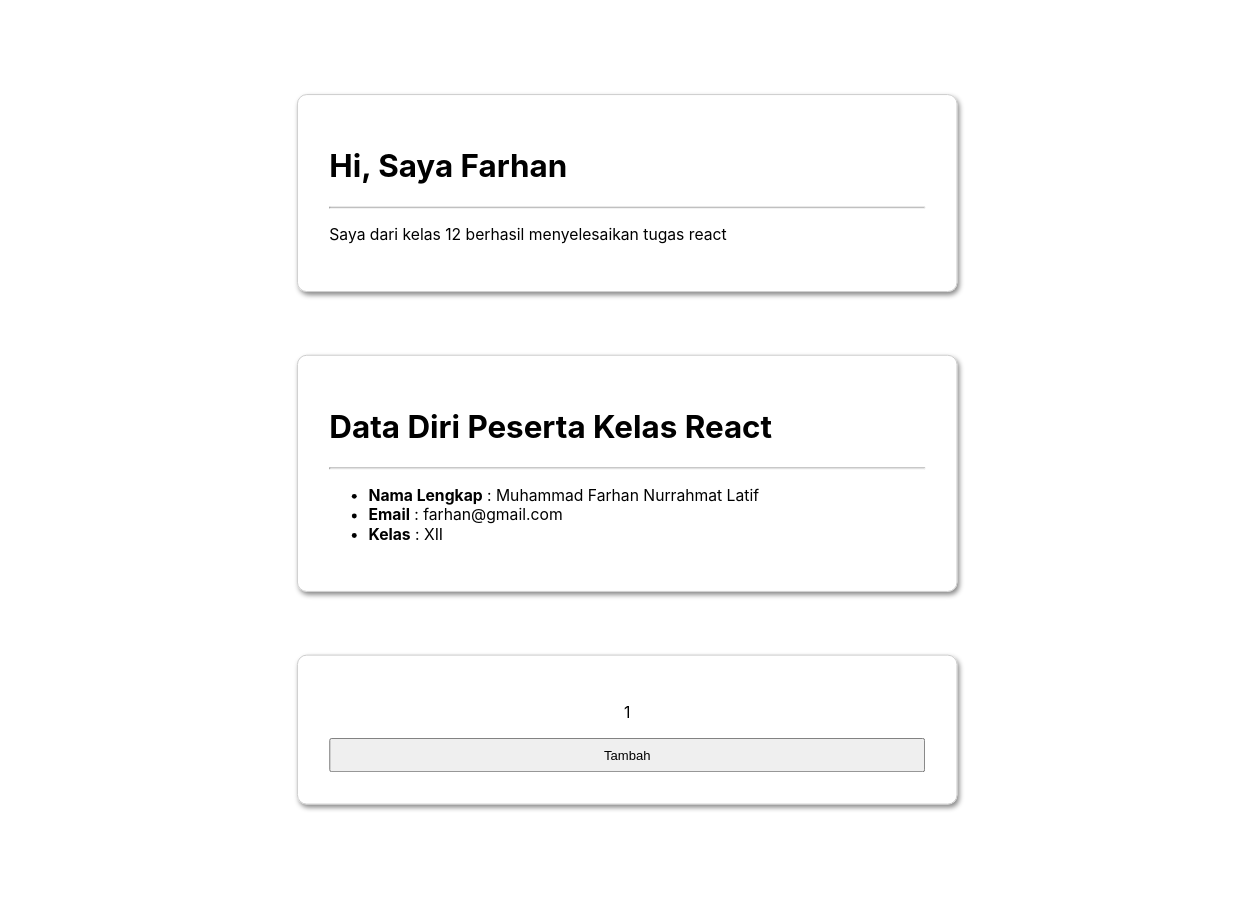
Repository: mfarhannr/Tugas-Reactjs_Farhan
Page: /
The author's editor kept a copy of each file at every save. The page is drawn from the files as they stood at one save, then again after a run of saves.
The browser window is 1280 px wide. The pictures show the whole page, at 98% of full size.
The project was rebuilt for these pictures with package versions that can differ from the ones it lists, and the page was loaded fresh each time.

Above is the page before, as saved 2024-05-16 08:46:17.

After the next 4 saves:
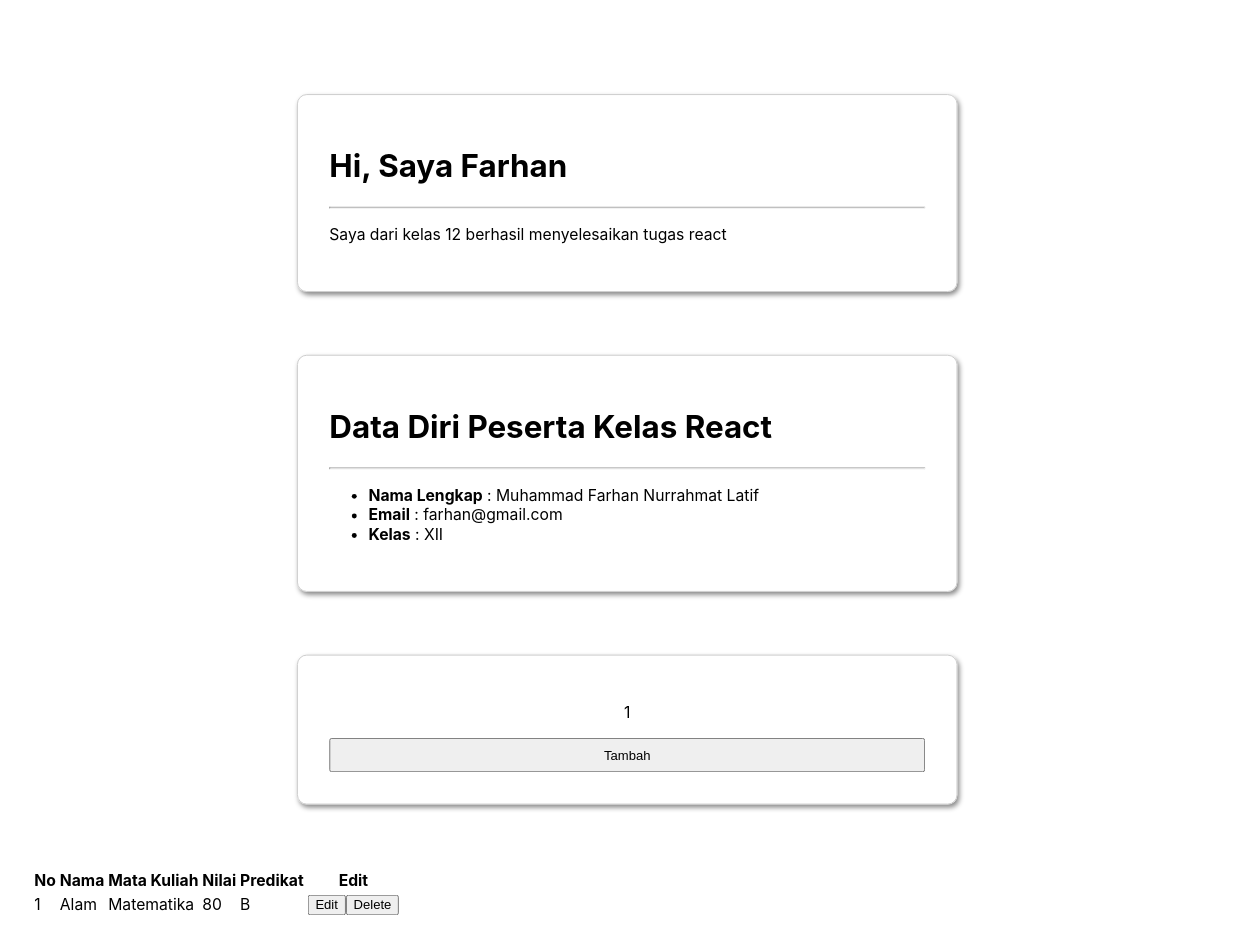
The 4 saves are shown as one change because 2 did not build or start and some came seconds apart.
The last was saved 84 s later.
--- a/src/App.js
+++ b/src/App.js
@@ -15,6 +15,7 @@ function App() {
           kelas="XII"
       />
       <Tugas8 />
+      <Tugas9 />
     </div>
   );
 }
--- a/src/tugas9/tugas9.js
+++ b/src/tugas9/tugas9.js
@@ -1,4 +1,6 @@
 import React from "react";
+import { Table } from "flowbite-react";
+import { Button } from "flowbite-react";
 
 function Tugas9() {
     return (
